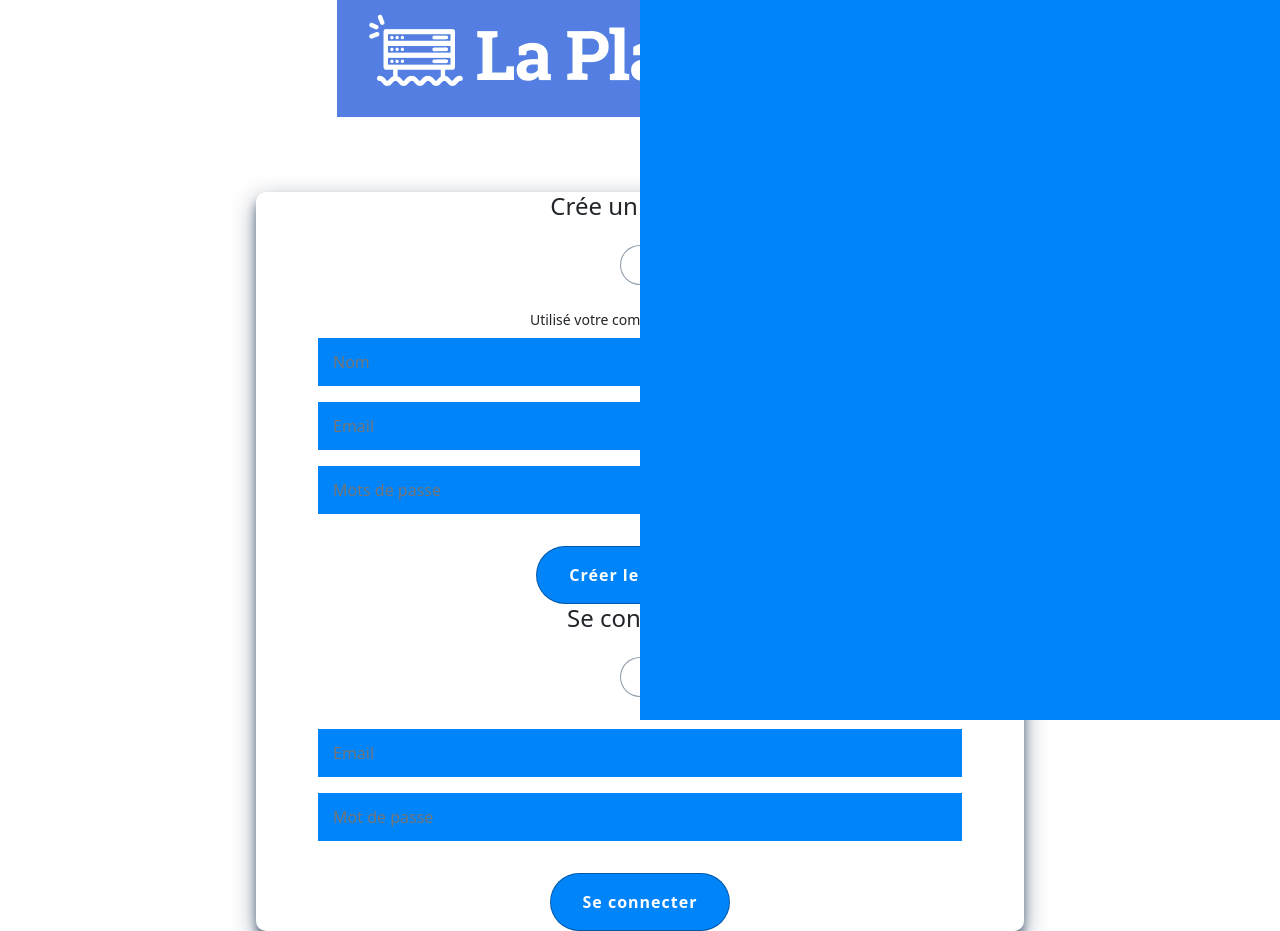
Repository: karim-sebih/runtrackJs
Page: bigjob/index.html
These files come from the project's save history. The page is drawn as it stood at one moment and after a run of saves; the edit follows.
The browser window is 1280 px wide. The pictures show the whole page.

Above is the page before, as saved 2025-03-20 11:50:18.

After the next 2 saves:
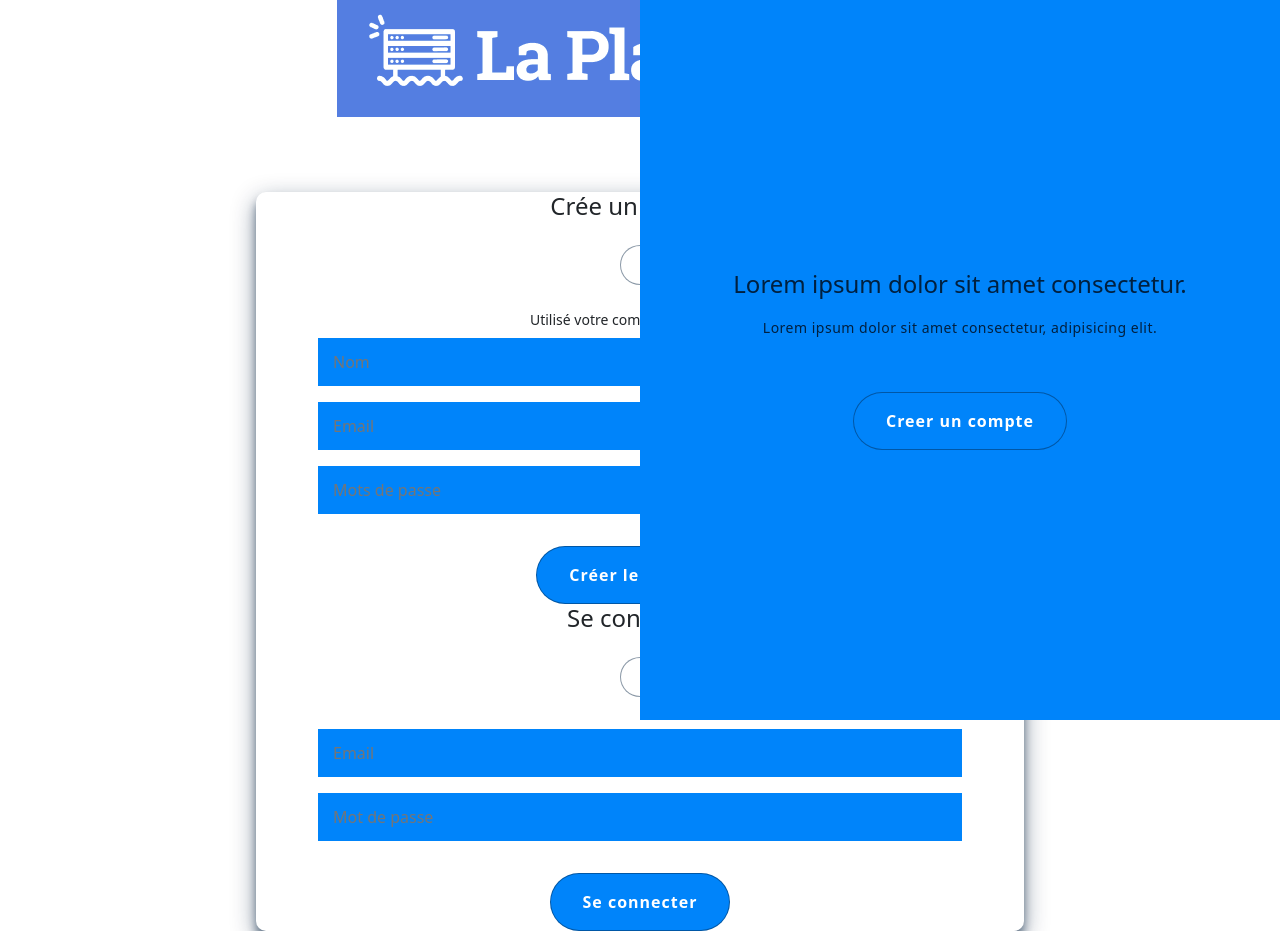
The 2 saves are shown as one change because they came seconds apart.
The last was saved 32 s later.
--- a/bigjob/css/index.css
+++ b/bigjob/css/index.css
@@ -198,3 +198,47 @@ a {
 	transform: translateX(0);
 	transition: transform .6s ease-in-out;
 }
+
+.container.panel-active .overlay {
+	transform: translateX(50%);
+}
+
+.overlay-panel {
+	position: absolute;
+	display: flex;
+	align-items: center;
+	justify-content: center;
+	flex-direction: column;
+	padding: 0 40px;
+	text-align: center;
+	top: 0;
+	height: 100%;
+	width: 50%;
+	transform: translateX(0);
+	transition: transform .6s ease-in-out;
+}
+
+.overlay-left {
+	transform: translateX(-20%);
+}
+
+.container.panel-active .overlay-left {
+	transform: translateX(0);
+}
+
+.overlay-right {
+	right: 0;
+	transform: translateX(0);
+}
+
+.container.panel-active .overlay-right {
+	transform: translateX(20%);
+}
+
+p {
+	font-size: 14px;
+	font-weight: 100;
+	line-height: 20px;
+	letter-spacing: .5px;
+	margin: 20px 0 30px;
+}
